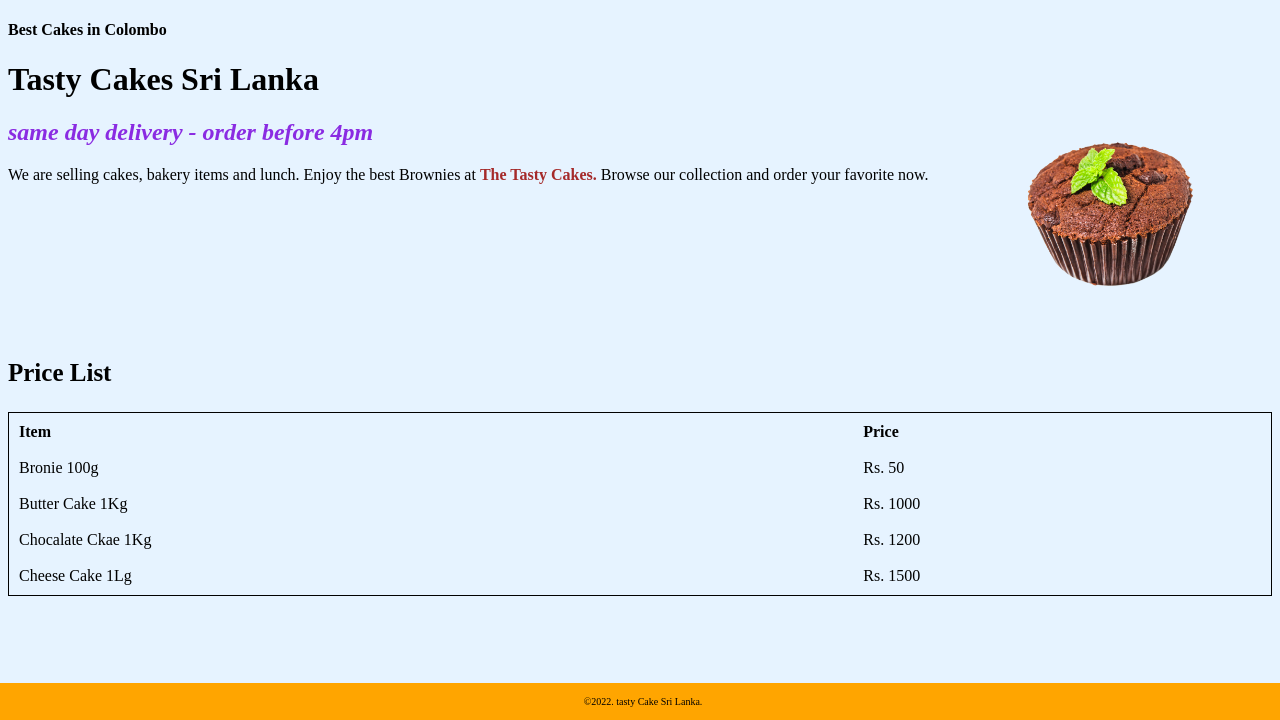
Repository: DhananjayaLakshan/Uom-Web_Design_For_Beginners
Page: work01/index.html
An editor plug-in stored every save of this project. The page is shown before and after the next save, followed by the edit.
The browser window is 1280 px wide. The pictures show the whole page.

Above is the page before, as saved 2023-11-24 18:56:34.

After the next save:
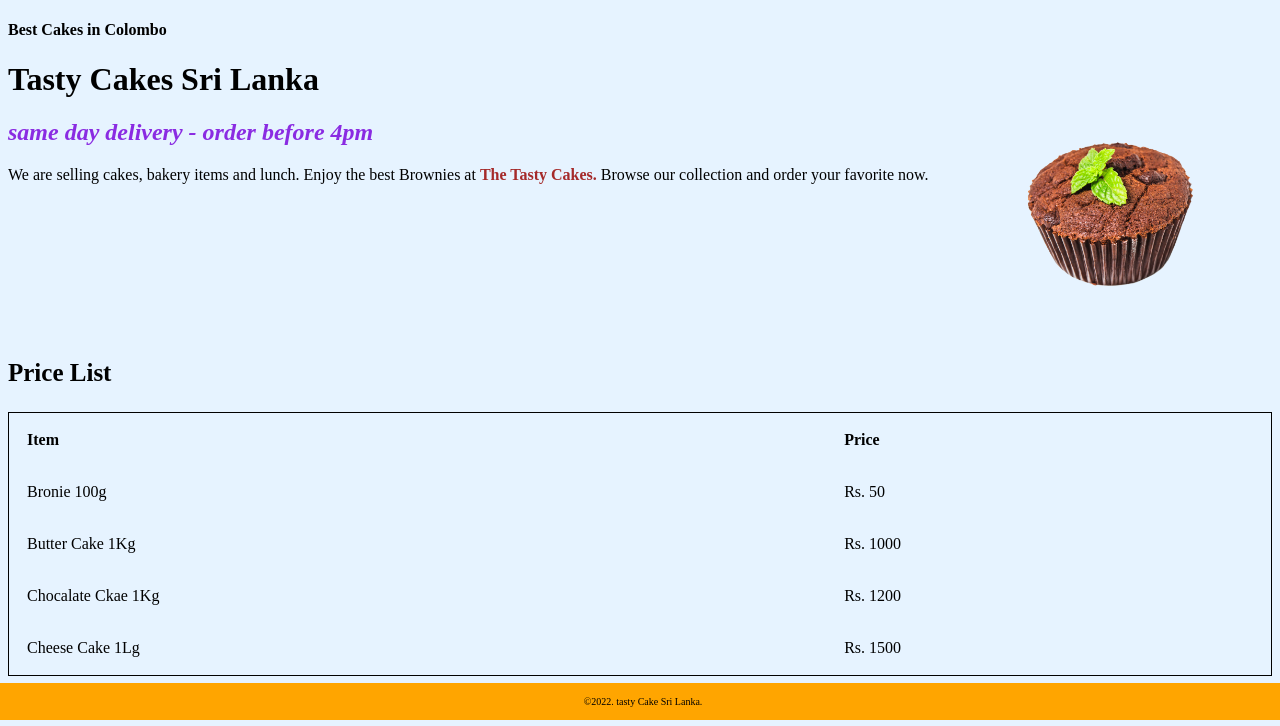
Saved 4 min 26 s later.
--- a/work01/styles.css
+++ b/work01/styles.css
@@ -28,7 +28,7 @@ table{
 
 td,th{
     text-align: left;
-    padding: 8px;
+    padding: 16px;
 }
 
 footer{
